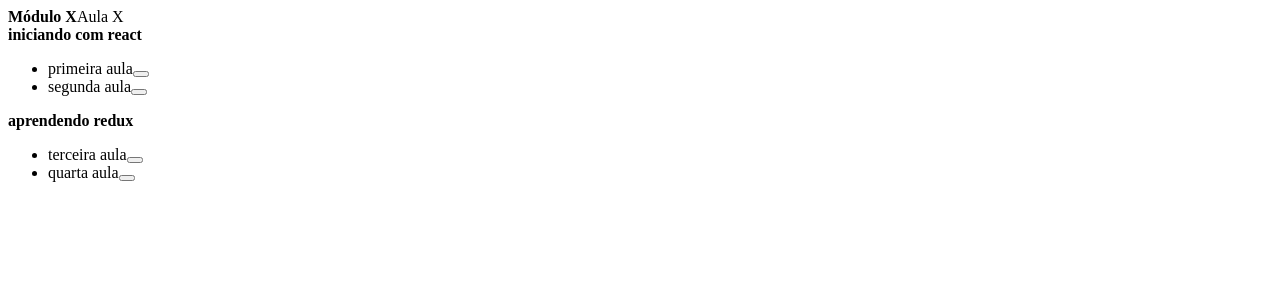
Repository: MateusGuedess/reduxrocktSeat
Page: /
An editor plug-in stored every save of this project. The page is shown before and after a run of saves, followed by the edit.
The browser window is 1280 px wide. The pictures show the whole page.
The project was rebuilt for these pictures with package versions that can differ from the ones it lists, and the page was loaded fresh each time.

Above is the page before, as saved 2019-05-23 00:39:18.

### src/App.js
import React from 'react';

import Sidebar from './components/Sidebar'
import Video from './components/Video'

import { Provider } from 'react-redux'
import store from './store'

function App() {
  return (
    <div className="App">
      <Provider store={store} >
        <Video />
        <Sidebar />
      </Provider>
    </div>
  );
}

export default App;

### src/components/Sidebar/index.js
import React from 'react';

import { connect } from 'react-redux'

function toggleLesson(module, lesson) {
  return {
    type: 'TOGGLE_LESSON',
    module,
    lesson
  }
}

const Sidebar = ({modules, dispatch}) => (
<aside>
{ modules.map(module => (
  <div key={module.id}>
    <strong>{module.title}</strong>
    <ul>
      { module.lessons.map(lesson => (
        <li key={lesson.id}>
          {lesson.title}
          <button onClick={() => dispatch(toggleLesson(module, lesson)) } />
        </li>
      ))}
    </ul>
  </div>
))}
</aside>);

export default connect(state => ({modules: state.modules}))(Sidebar);

### src/components/Video/index.js
import React, { Component } from 'react'

export default class Video extends Component {
  render() {
    return (
      <div>
        <strong>Módulo X</strong>
        <span>Aula X</span>
      </div>
    )
  }
}

### src/store/index.js
import { createStore } from 'redux'

function reducer() {
  return {
  activeLesson: null,
  activeModule: null,
  modules: [
      {
        id: 1,
        title: 'iniciando com react',
        lessons: [
          { id: 1, title: 'primeira aula' },
          { id: 2, title: 'segunda aula' }
        ]
      },
      {
        id: 2,
        title: 'aprendendo redux',
        lessons:[
          {id: 3, title: 'terceira aula'},
          {id: 4, title: 'quarta aula'}
        ]
      }
    ]
  }
}


const store = createStore(reducer)

export default store

Loaded but not shown: public/index.html (common file); src/index.js (common file)

After the next 3 saves:
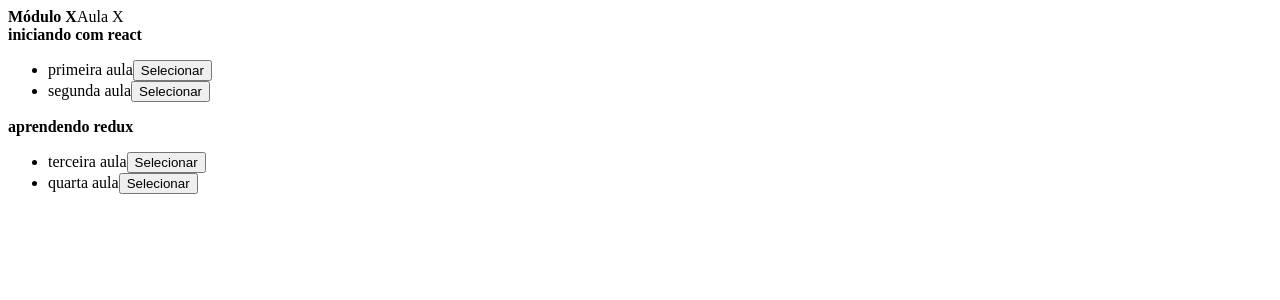
The 3 saves are shown as one change because 1 did not build or start and some came seconds apart.
The last was saved 34 s later.
--- a/src/components/Sidebar/index.js
+++ b/src/components/Sidebar/index.js
@@ -19,7 +19,7 @@ const Sidebar = ({modules, dispatch}) => (
       { module.lessons.map(lesson => (
         <li key={lesson.id}>
           {lesson.title}
-          <button onClick={() => dispatch(toggleLesson(module, lesson)) } />
+          <button onClick={() => dispatch(toggleLesson(module, lesson)) }>Selecionar</button>
         </li>
       ))}
     </ul>
